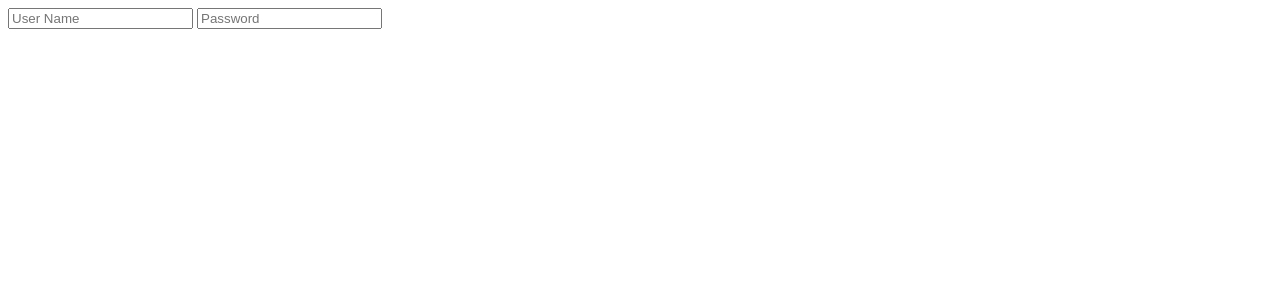
Repository: RG4025/AdvanceJava
Page: ClassWorkFeb19/src/main/webapp/session.html
These files come from the project's save history. The page is drawn as it stood at one moment and after the next save; the edit follows.
The browser window is 1280 px wide. The pictures show the whole page.

Above is the page before, as saved 2024-02-19 08:33:06.

### ClassWorkFeb19/src/main/webapp/session.html
<!DOCTYPE html>
<html>
<head>
<meta charset="ISO-8859-1">
<title>Insert title here</title>
</head>
<body>


		<form action="SessionOne" method="get">

			<input type="text" placeholder="User Name" name="uName" />

			<input type="password" placeholder="Password" name="uName" />


		</form>

</body>
</html>

After the next save:
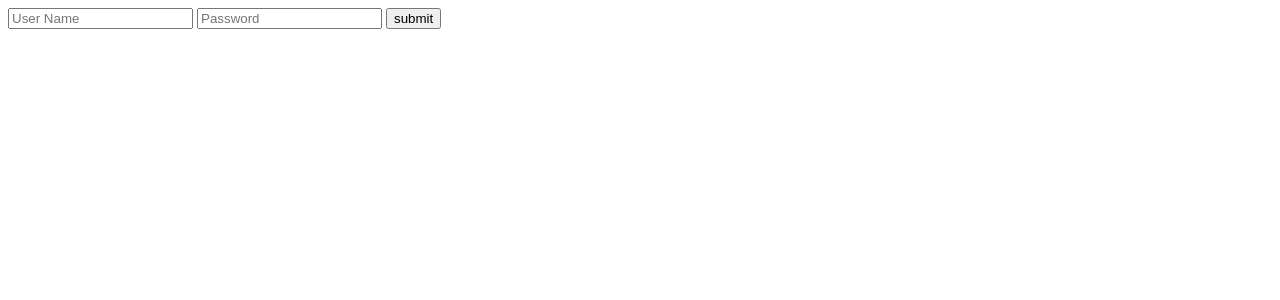
Saved 50 s later.
--- a/ClassWorkFeb19/src/main/webapp/session.html
+++ b/ClassWorkFeb19/src/main/webapp/session.html
@@ -11,8 +11,9 @@
 
 			<input type="text" placeholder="User Name" name="uName" />
 
-			<input type="password" placeholder="Password" name="uName" />
+			<input type="password" placeholder="Password" name="uPass" />
 
+			<button type="submit">submit</button>
 
 		</form>
 
